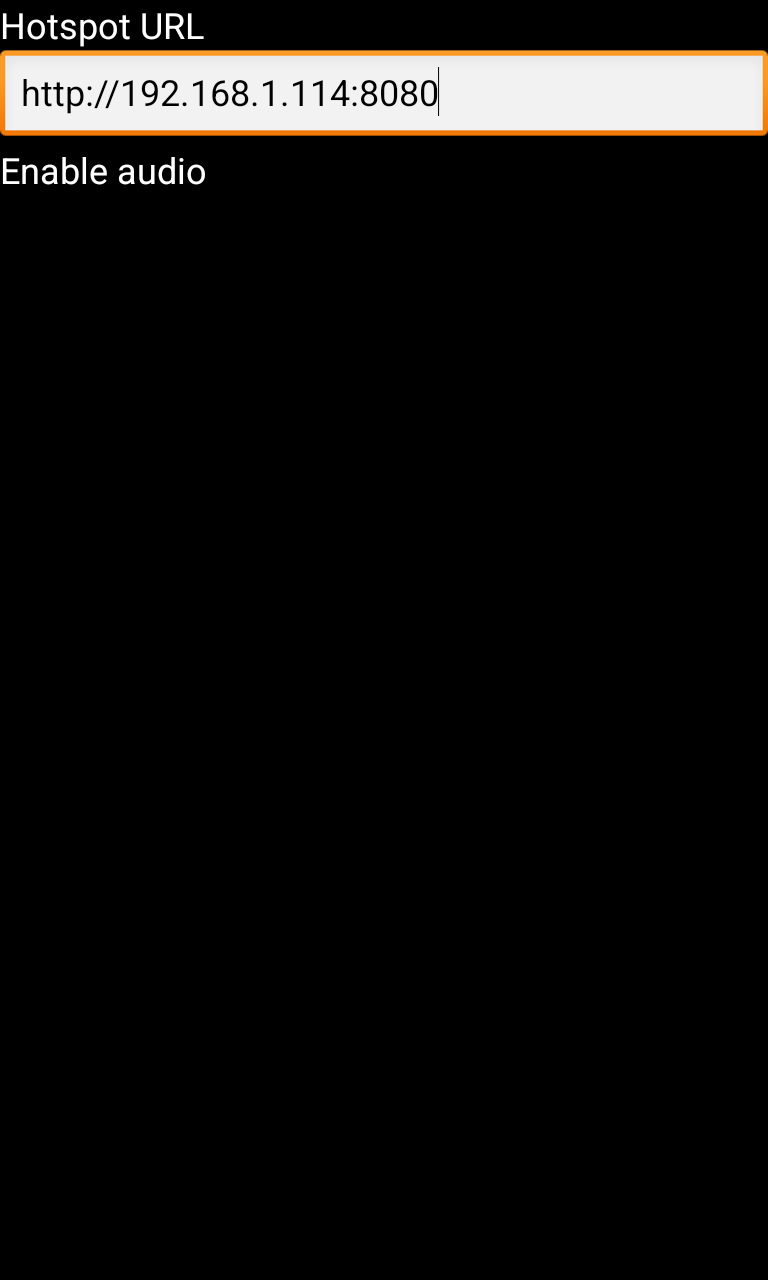
Repository: ebu/ebu-broadcast-hotspot
Layout: eclipse/broadcastinghotspot/res/layout/configuration.xml
An editor plug-in stored every save of this project. The layout is shown before and after the next save, followed by the edit.
It is drawn on a 768 x 1280 px phone screen (xhdpi) without system bars, with theme android:Theme; the app's code is not run.

Above is the layout before, as saved 2011-08-29 15:28:22.

### eclipse/broadcastinghotspot/res/layout/configuration.xml
<?xml version="1.0" encoding="utf-8"?>
<LinearLayout xmlns:android="http://schemas.android.com/apk/res/android"
	android:orientation="vertical" android:layout_width="match_parent"
	android:layout_height="match_parent" android:weightSum="1">

	<TextView android:textAppearance="?android:attr/textAppearanceMedium"
		android:id="@+id/textView1" android:text="Hotspot URL"
		android:layout_height="wrap_content" android:layout_width="wrap_content"></TextView>

	<EditText android:id="@+id/confUrl" android:layout_height="wrap_content"
		android:layout_width="match_parent" android:text="@string/url">
		<requestFocus></requestFocus>
	</EditText>

	<TextView android:textAppearance="?android:attr/textAppearanceMedium"
		android:id="@+id/textView2" android:text="Enable audio"
		android:layout_height="wrap_content" android:layout_width="wrap_content"></TextView>



</LinearLayout>

### eclipse/broadcastinghotspot/res/values/strings.xml
<?xml version="1.0" encoding="utf-8"?>
<resources>
    <string name="hello">Please choose RX technology</string>
    <string name="app_name">EBU BC Hotspot</string>
    <string name="choose_programme">Please choose the programme</string>
    <string name="app_title">EBU Broadcasting Hotspot</string>
    <string name="url">http://192.168.1.114:8080</string>
</resources>

After the next save:
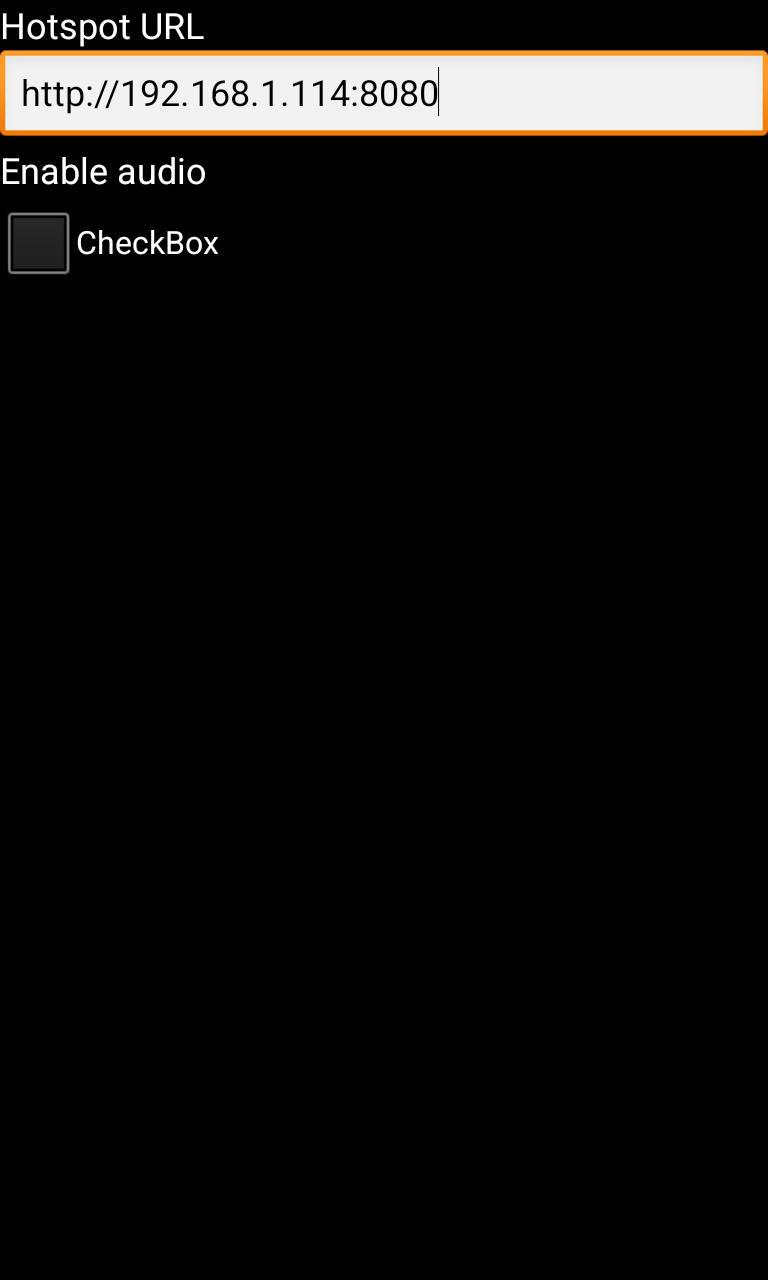
Saved 38 s later.
--- a/eclipse/broadcastinghotspot/res/layout/configuration.xml
+++ b/eclipse/broadcastinghotspot/res/layout/configuration.xml
@@ -15,6 +15,8 @@
 	<TextView android:textAppearance="?android:attr/textAppearanceMedium"
 		android:id="@+id/textView2" android:text="Enable audio"
 		android:layout_height="wrap_content" android:layout_width="wrap_content"></TextView>
+	<CheckBox android:text="CheckBox" android:id="@+id/checkBoxAudio"
+		android:layout_width="wrap_content" android:layout_height="wrap_content"></CheckBox>
 
 
 
